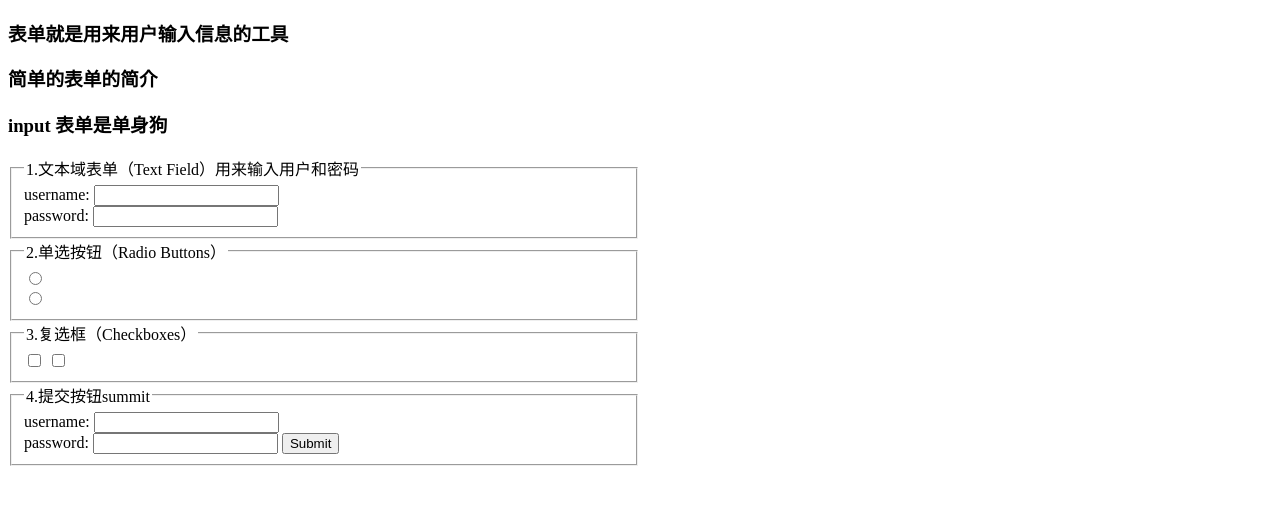
Repository: jarvanstack/vscode
Page: HTML/HTML中From表单.html
These files come from the project's save history. The page is drawn as it stood at one moment and after the next save; the edit follows.
The browser window is 1280 px wide. The pictures show the whole page.

Above is the page before, as saved 2020-06-11 09:53:55.

After the next save:
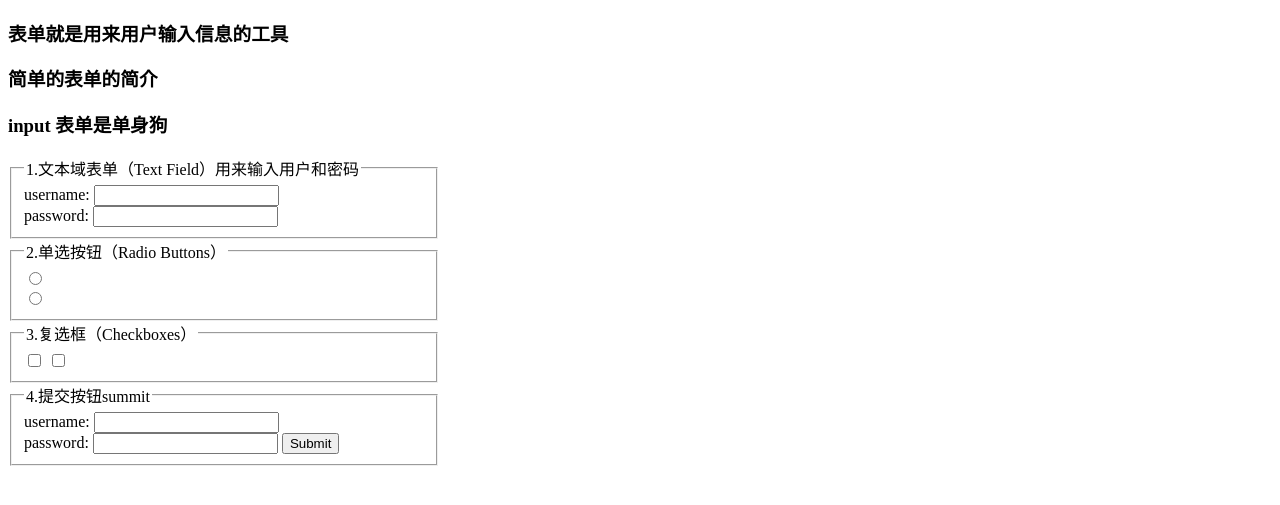
Saved 16 s later.
--- a/HTML/HTML中From表单.html
+++ b/HTML/HTML中From表单.html
@@ -8,7 +8,7 @@
     <style>
         fieldset
         {
-            width: 600px;
+            width: 400px;
         }
     </style>
 </head>
